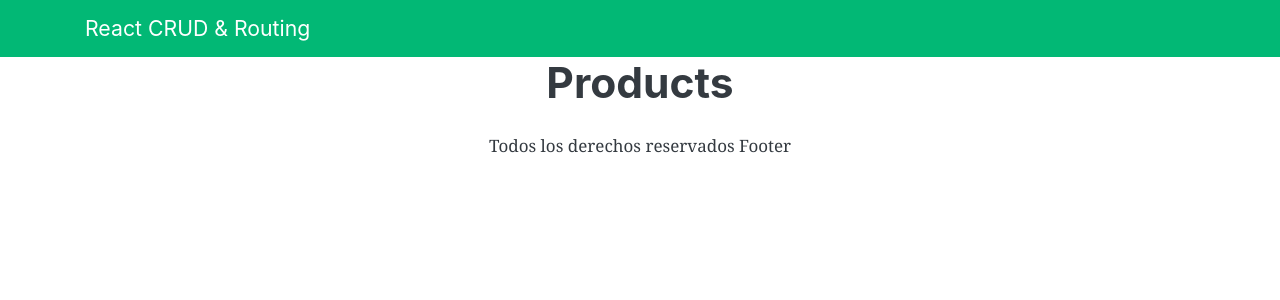
Repository: harrycampaz/router-reactjs
Page: /products
The author's editor kept a copy of each file at every save. The page is drawn from the files as they stood at one save, then again after the next save.
The browser window is 1280 px wide. The pictures show the whole page.
The project was rebuilt for these pictures with package versions that can differ from the ones it lists, and the page was loaded fresh each time. Also part of the build but not shown: src/components/Product/AddProduct.js, src/components/Product/EditProduct.js, src/components/Product/Product.js.

Above is the page before, as saved 2020-01-24 20:55:17.

After the next save:
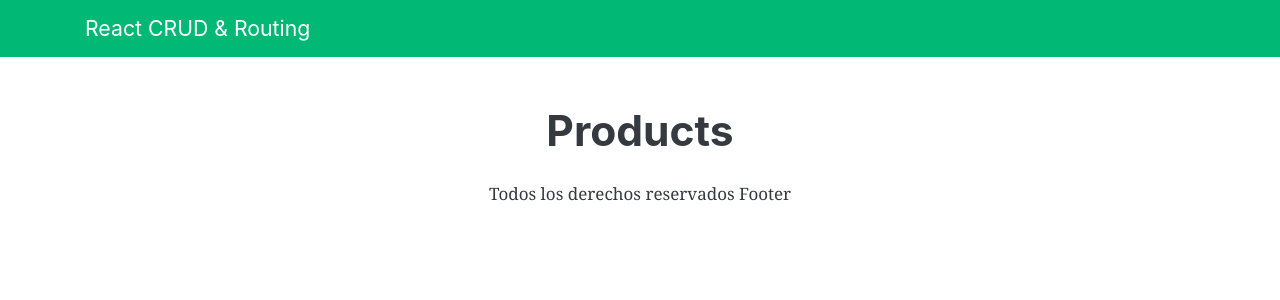
Saved 90 s later.
--- a/src/App.js
+++ b/src/App.js
@@ -13,12 +13,14 @@ function App() {
   return (
     <Router>
       <Header/>
-      <Switch>
-        <Route exact path ="/products" component={Products}/>
-        <Route exact path ="/products/:id" component={Product}/>
-        <Route exact path ="/add-product" component={AddProduct}/>
-        <Route exact path ="/products/editar/:id" component={EditProduct}/>
-      </Switch>
+      <main className="container mt-5">
+        <Switch>
+          <Route exact path ="/products" component={Products}/>
+          <Route exact path ="/products/:id" component={Product}/>
+          <Route exact path ="/add-product" component={AddProduct}/>
+          <Route exact path ="/products/editar/:id" component={EditProduct}/>
+        </Switch>
+      </main>
       <Footer />
     </Router>
 
